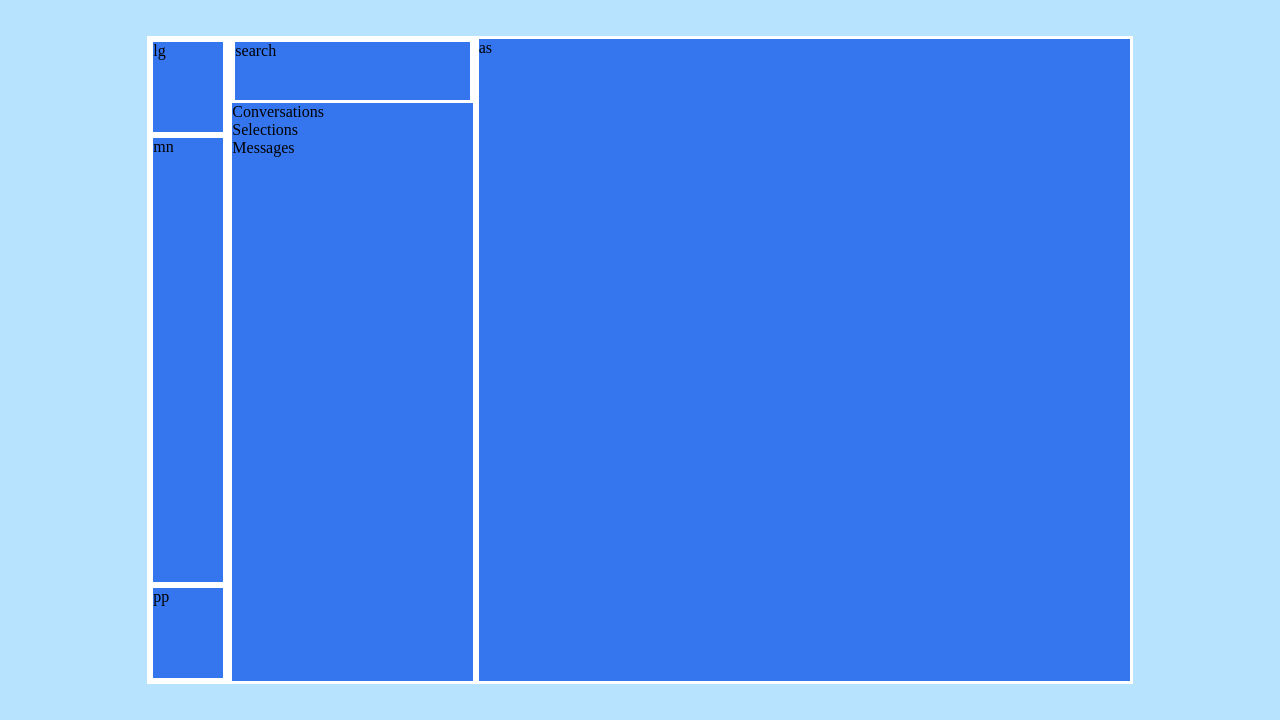
Repository: arafat877/super-chat
Page: /
The author's editor kept a copy of each file at every save. The page is drawn from the files as they stood at one save, then again after the next save.
The browser window is 1280 px wide. The pictures show the whole page.
The project was rebuilt for these pictures with package versions that can differ from the ones it lists, and the page was loaded fresh each time. Also part of the build but not shown: src/App.scss.

Above is the page before, as saved 2020-08-05 14:48:18.

### public/index.html
<!DOCTYPE html>
<html lang="en">
  <head>
    <meta charset="utf-8" />
    <meta name="viewport" content="width=device-width, initial-scale=1" />
    <meta name="theme-color" content="#000000" />
    <meta
      name="description"
      content="Chat application with node.js, express, react.js, mongoDb and socket.io"
    />
    <link rel="stylesheet" href="styles.css">
    <link rel="stylesheet" href="https://fonts.googleapis.com/css?family=Roboto:300,400,500,700&display=swap" />

    <title>Super Chat</title>
  </head>
  <body>
    <noscript>You need to enable JavaScript to run this app.</noscript>
    <div id="root"></div>
  </body>
</html>

### src/App.js
import React from "react";
import "./App.scss";
import { Container, Grid, Paper } from "@material-ui/core";
import { makeStyles } from "@material-ui/core/styles";
import {
  Message,
  GroupWork,
  Chat,
  Palette,
  Settings,
  PeopleAlt,
} from "@material-ui/icons";

const useStyles = makeStyles((theme) => ({
  container: {
    backgroundColor: "#b7e3fe",
    height: "100vh",
    display: "flex",
  },
  innerContainer: {
    backgroundColor: "#3576ef",
    margin: "auto",
    height: "90%",
    width: "80%",
    borderRadius: "10px",
  },
  column1: {
    border: "solid white",
  },
  column2: {
    border: "solid white",
  },
  column3: {
    border: "solid white",
  },
  c1Logo: {
    border: "solid white",
    height: "15%",
  },
  c1Menu: {
    border: "solid white",
    height: "70%",
  },
  c1PP: {
    border: "solid white",
    height: "15%",
  },
  c2Search:{
    border: "solid white",
    height: "10%",
  }
}));

function App() {
  const classes = useStyles();

  return (
    <Container className={classes.container}>
      <Grid container containerer className={classes.innerContainer}>
        <Grid item className={classes.column1} xs={1}>
          <Grid item className={classes.c1Logo} xs={12}>
            lg
          </Grid>
          <Grid item className={classes.c1Menu} xs={12}>
            mn
          </Grid>
          <Grid item className={classes.c1PP} xs={12}>
            pp
          </Grid>
        </Grid>
        <Grid item className={classes.column2} xs={3}>
          <Grid item className={classes.c2Search} xs={12}>
            search
          </Grid>
          <Grid item className={classes.c2Conv} xs={12}>
            Conversations
          </Grid>
          <Grid item className={classes.c2Select} xs={12}>
            Selections
          </Grid>
          <Grid item className={classes.c2Messages} xs={12}>
            Messages
          </Grid>
        </Grid>
        <Grid item className={classes.column3} xs={8}>
          as
        </Grid>
      </Grid>
    </Container>
  );
}

export default App;

Loaded but not shown: src/index.js (common file); public/styles.css (common file)

After the next save:
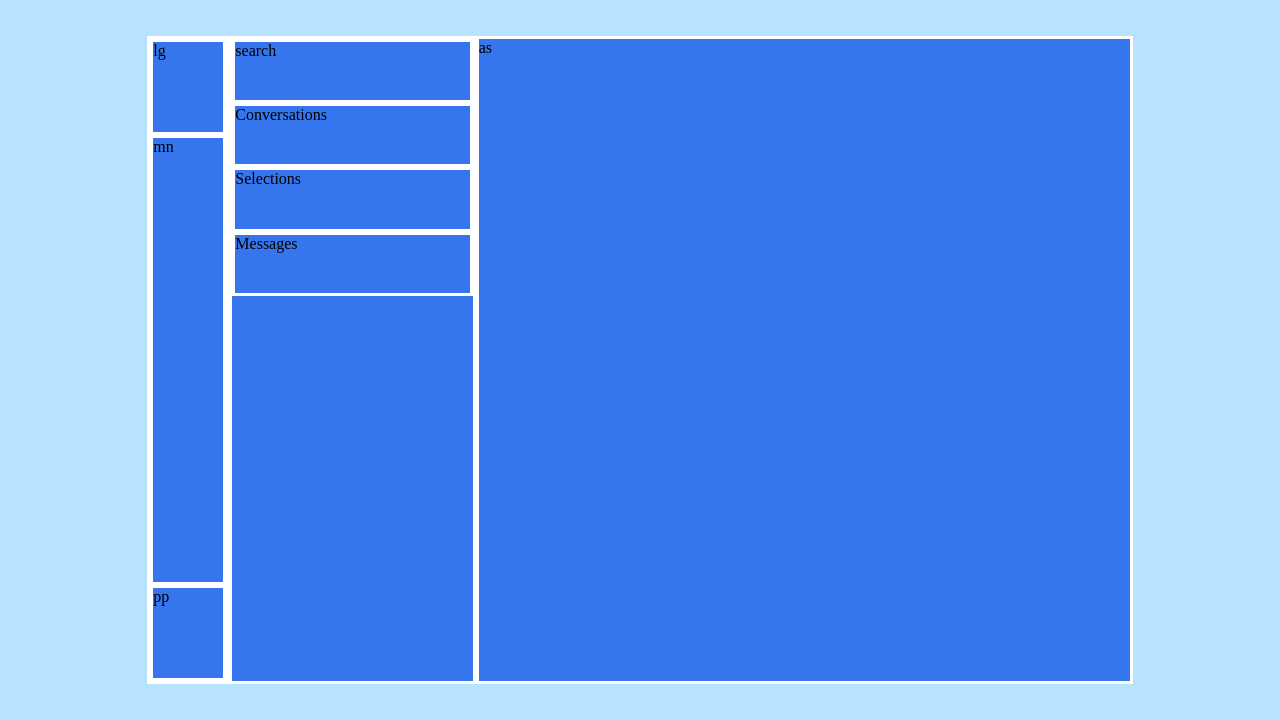
Saved 37 s later.
--- a/src/App.js
+++ b/src/App.js
@@ -48,6 +48,18 @@ const useStyles = makeStyles((theme) => ({
   c2Search:{
     border: "solid white",
     height: "10%",
+  },
+  c2Conv:{
+    border: "solid white",
+    height: "10%",
+  },
+  c2Select:{
+    border: "solid white",
+    height: "10%",
+  },
+  c2Messages:{
+    border: "solid white",
+    height: "10%",
   }
 }));
 
